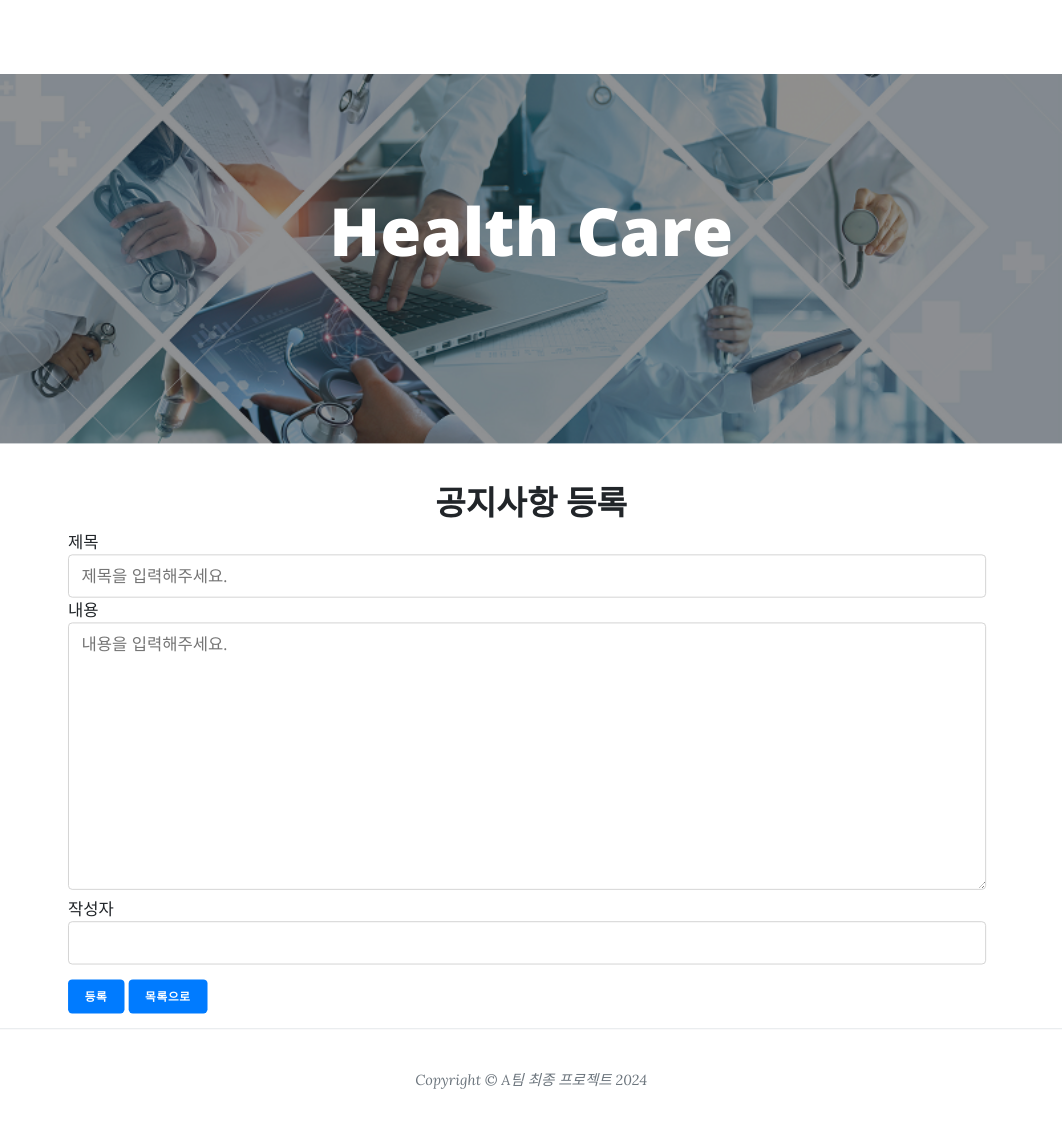
Repository: honsb91/project
Page: http://localhost/hospital/WEB-INF/views/board/notwriter.jsp
These files come from the project's save history. The page is drawn as it stood at one moment and after the next save; the edit follows.
The browser window is 1280 px wide. The pictures show the whole page, at 83% of full size.
Some web libraries are served in a nearby version. The page is served by Tomcat 9. Nobody is signed in. Other server files are loaded and not shown. The template is opened directly, without the code that normally fills it, so the values that code supplies are empty.

Above is the page before, as saved 2024-02-07 03:24:29.

### hospital/src/main/webapp/WEB-INF/views/board/notwriter.jsp
<%@ page language="java" contentType="text/html; charset=UTF-8"
    pageEncoding="UTF-8"%>
<!DOCTYPE html>
<html>
<head>
<meta charset="UTF-8">
<title>Insert title here</title>
</head>
<link rel="stylesheet" href="/resources/css/board/notwriter.css">
<script src="https://ajax.googleapis.com/ajax/libs/jquery/3.3.1/jquery.min.js"></script>
<body>
<jsp:include page="/WEB-INF/views/include/header.jsp"/>
<h1>공지사항 등록</h1>
<form id="notice_form" action="/board/notwriter" method="post">
<div class="container">
    <div class="form-container">
        <div class="menu">제목</div>
           <input type="text" name="notice_title" class="notice-subject" placeholder=" 제목을 입력해주세요.">
    </div>
    <div class="form-container">
        <div class="menu">내용</div>
           <textarea name="notice_content" cols="30" rows="10" placeholder=" 내용을 입력해주세요." class="content"></textarea>
    </div>
    <div class="form-container">
        <div class="menu">작성자</div>
        <input type="text" name="notice_writer" id="writer" class="notice-subject">
    </div>
    <div class="button-container">
    <button type="submit" class="btn">등록</button>
    <button type="button" class="btn" id="notice_list">목록으로</button>
    </div>
    </div>
</form>
<jsp:include page="/WEB-INF/views/include/footer.jsp"/>
</body>
<script>
$(document).ready(function(){
    $("#notice_list").click(function(){
        // 목록 페이지로 이동
        window.location.href = "/board/notice";
    });
});
</script>
</html>

### hospital/src/main/webapp/WEB-INF/views/include/header.jsp
<%@ page language="java" contentType="text/html; charset=UTF-8"
	pageEncoding="UTF-8"%>
<%@ taglib prefix="c" uri="http://java.sun.com/jsp/jstl/core"%>
<meta charset="UTF-8">`
<title>Insert title here</title>
<head>
<meta charset="utf-8" />
<meta name="viewport" content="width=device-width, initial-scale=1, shrink-to-fit=no" />
<meta name="description" content="" />
<meta name="author" content="" />
<link rel="icon" type="image/x-icon" href="/resources/assets/favicon.ico" />
<script src="https://use.fontawesome.com/releases/v6.3.0/js/all.js" crossorigin="anonymous"></script>
<link href="https://fonts.googleapis.com/css?family=Lora:400,700,400italic,700italic" rel="stylesheet" type="text/css" />
<link href="https://fonts.googleapis.com/css?family=Open+Sans:300italic,400italic,600italic,700italic,800italic,400,300,600,700,800"
	rel="stylesheet" type="text/css" />
<link href="/resources/css/styles.css" rel="stylesheet" />
</head>
<body>
	<!-- Navigation-->
	<nav class="navbar navbar-expand-lg navbar-light" id="mainNav">
		<div class="container px-4 px-lg-5">
			<a class="navbar-brand" href="/main">Health Care</a>
			<button class="navbar-toggler" type="button"
				data-bs-toggle="collapse" data-bs-target="#navbarResponsive"
				aria-controls="navbarResponsive" aria-expanded="false"
				aria-label="Toggle navigation">
				Menu <i class="fas fa-bars"></i>
			</button>
			<div class="collapse navbar-collapse" id="navbarResponsive">
				<ul class="navbar-nav ms-auto py-4 py-lg-0 ">
    				<li class="nav-item"><a class="nav-link px-lg-3 py-3 py-lg-4" href="/main">Home</a></li>
    				<!-- 관리자로 로그인시 faq 와 공지사항은 안보이게 처리-->
    				<c:if test="${empty admin}">
    					<li class="nav-item"><a class="nav-link px-lg-3 py-3 py-lg-4" href="<c:url value='/board/faq'/>">FAQ</a></li>
    					<li class="nav-item"><a class="nav-link px-lg-3 py-3 py-lg-4" href="<c:url value='/board/notice'/>">공지사항</a></li>
    					<li class="nav-item"><a class="nav-link px-lg-3 py-3 py-lg-4" href="<c:url value='/board/qsboard'/>">질문게시판</a></li>
    				</c:if>

    				<c:if test="${empty patient and empty admin}">
        			<!-- 로그인 안 된 경우 -->
        				<li class="nav-item"><a class="nav-link px-lg-3 py-3 py-lg-4" href="<c:url value='/member/login'/>">로그인</a></li>
        				<li class="nav-item"><a class="nav-link px-lg-3 py-3 py-lg-4" href="<c:url value='/admin/login'/>">관리자 로그인</a></li>
        				<li class="nav-item"><a class="nav-link px-lg-3 py-3 py-lg-4" href="<c:url value='/member/join'/>">회원가입</a></li>
    				</c:if>

    				<c:if test="${not empty patient}">
        			<!-- 일반 회원으로 로그인된 경우 -->
        				<li class="nav-item"><a class="nav-link px-lg-3 py-3 py-lg-4" href="<c:url value='/member/logout'/>">로그아웃</a></li>
    				</c:if>

    				<c:if test="${not empty admin}">
        			<!-- 관리자로 로그인된 경우 -->
        				<li class="nav-item"><a class="nav-link px-lg-3 py-3 py-lg-4" href="<c:url value='/board/patient'/>">환자정보 관리</a></li>
        				<li class="nav-item"><a class="nav-link px-lg-3 py-3 py-lg-4" href="<c:url value='/board/faq'/>">FAQ 관리</a></li>
        				<li class="nav-item"><a class="nav-link px-lg-3 py-3 py-lg-4" href="<c:url value='/board/notice'/>">공지사항 관리</a></li>
        				<li class="nav-item"><a class="nav-link px-lg-3 py-3 py-lg-4" href="<c:url value='/admin/logout'/>">로그아웃</a></li>
    				</c:if>
				</ul>
			</div>
		</div>
	</nav>
	<!-- Page Header-->
	<header class="masthead" style="background-image: url('/resources/assets/img/test4.png')">
		<div class="container position-relative px-4 px-lg-5">
			<div class="row gx-4 gx-lg-5 justify-content-center">
				<div class="col-md-10 col-lg-8 col-xl-7">
					<div class="site-heading">
						<h1>Health Care</h1>
					</div>
				</div>
			</div>
		</div>
	</header>

### hospital/src/main/webapp/WEB-INF/views/include/footer.jsp
<%@ page language="java" contentType="text/html; charset=UTF-8"
    pageEncoding="UTF-8"%>
<!DOCTYPE html>
<html>
<head>
<meta charset="UTF-8">
<title>Insert title here</title>
</head>
<body>
<footer class="border-top">
		<div class="container px-4 px-lg-5">
			<div class="row gx-4 gx-lg-5 justify-content-center">
				<div class="col-md-10 col-lg-8 col-xl-7">
					<div class="small text-center text-muted fst-italic">Copyright
						&copy; A팀 최종 프로젝트 2024</div>
				</div>
			</div>
		</div>
	</footer>
	<!-- Bootstrap core JS-->
	<script
		src="https://cdn.jsdelivr.net/npm/bootstrap@5.2.3/dist/js/bootstrap.bundle.min.js"></script>
	<!-- Core theme JS-->
	<script src="js/scripts.js"></script>
</body>
</html>

### hospital/src/main/webapp/resources/css/board/notwriter.css

h1 {
    text-align: center;
}

/* form {
    max-width: 4000px;
    margin: 0 auto;
} */

input[type="text"],
textarea {
    width: calc(100% - 10px);
    padding: 10px;
    border-radius: 5px;
    border: 1px solid #ccc;
}

button.btn {
    padding: 10px 20px;
    background-color: #007bff;
    color: #fff;
    border: none;
    border-radius: 5px;
    cursor: pointer;
    margin-top: 18px;
    margin-bottom: 18px;

}

### hospital/src/main/webapp/resources/js/scripts.js
/*!
* Start Bootstrap - Clean Blog v6.0.9 (https://startbootstrap.com/theme/clean-blog)
* Copyright 2013-2023 Start Bootstrap
* Licensed under MIT (https://github.com/StartBootstrap/startbootstrap-clean-blog/blob/master/LICENSE)
*/
window.addEventListener('DOMContentLoaded', () => {
    let scrollPos = 0;
    const mainNav = document.getElementById('mainNav');
    const headerHeight = mainNav.clientHeight;
    window.addEventListener('scroll', function() {
        const currentTop = document.body.getBoundingClientRect().top * -1;
        if ( currentTop < scrollPos) {
            // Scrolling Up
            if (currentTop > 0 && mainNav.classList.contains('is-fixed')) {
                mainNav.classList.add('is-visible');
            } else {
                console.log(123);
                mainNav.classList.remove('is-visible', 'is-fixed');
            }
        } else {
            // Scrolling Down
            mainNav.classList.remove(['is-visible']);
            if (currentTop > headerHeight && !mainNav.classList.contains('is-fixed')) {
                mainNav.classList.add('is-fixed');
            }
        }
        scrollPos = currentTop;
    });
})

Loaded but not shown: hospital/src/main/webapp/resources/css/styles.css (library)

After the next save:
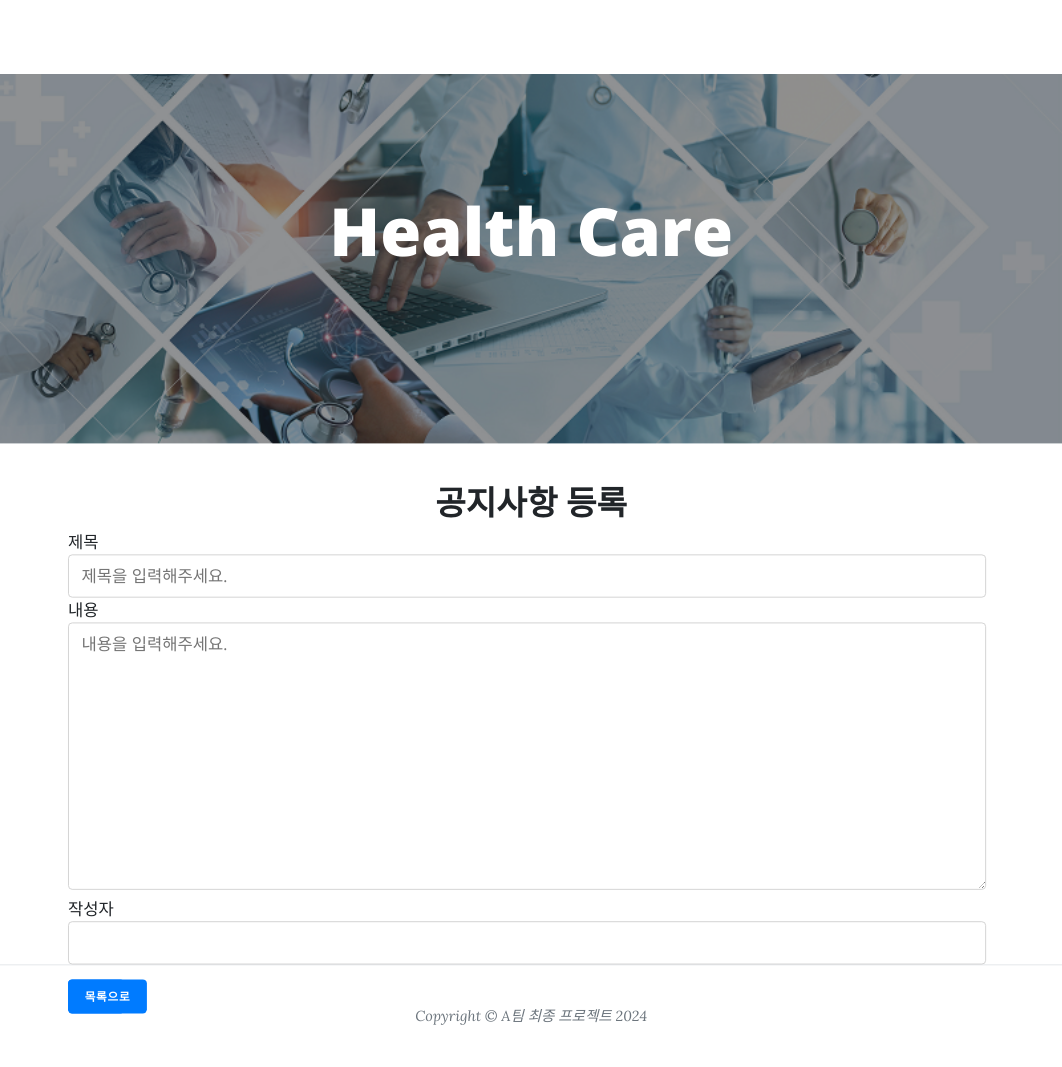
Saved 101 s later.
--- a/hospital/src/main/webapp/resources/css/board/notwriter.css
+++ b/hospital/src/main/webapp/resources/css/board/notwriter.css
@@ -25,5 +25,5 @@
     cursor: pointer;
     margin-top: 18px;
     margin-bottom: 18px;
-
+    position: absolute;
 }

After the save that followed:
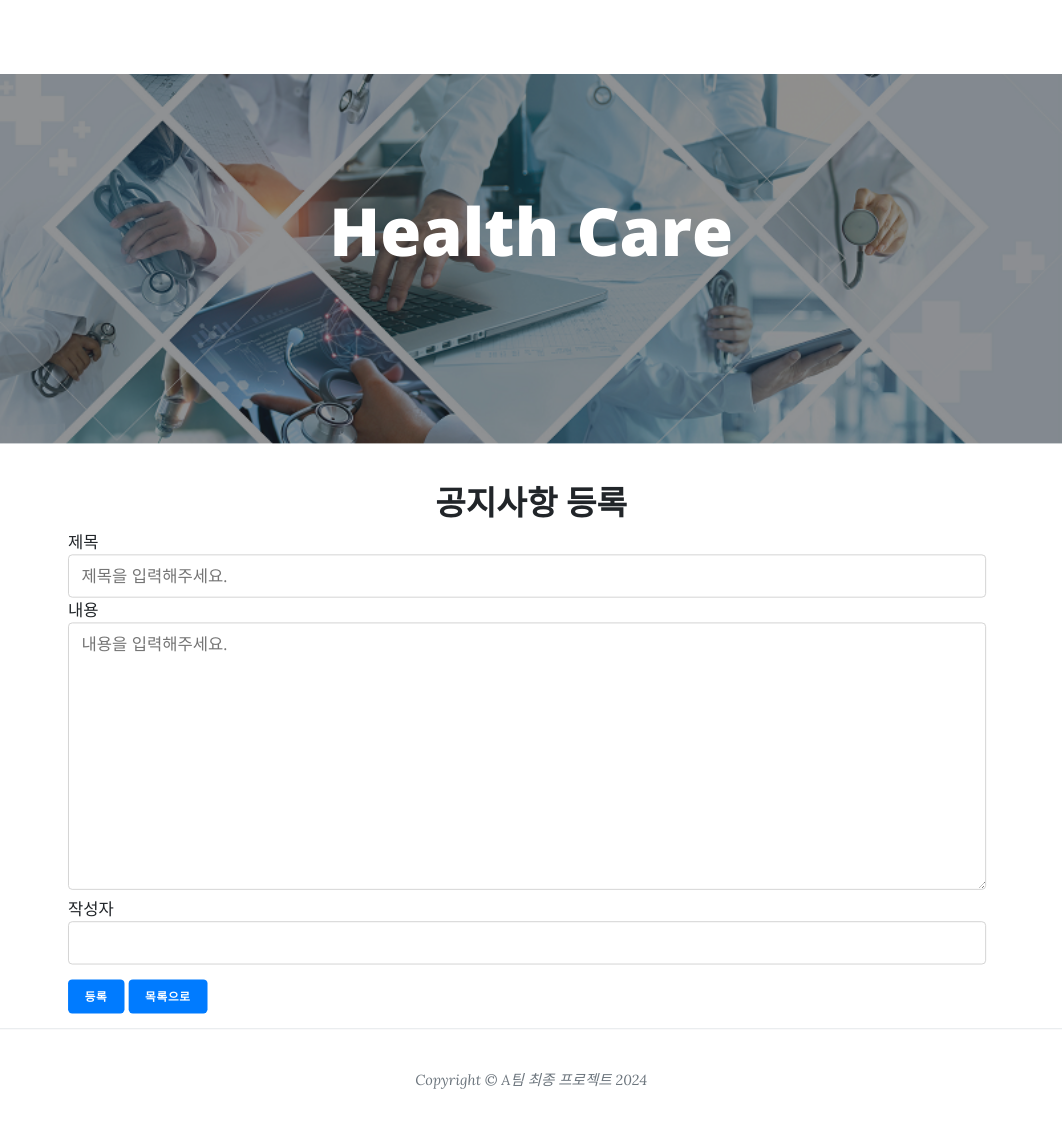
Saved 16 s later.
--- a/hospital/src/main/webapp/resources/css/board/notwriter.css
+++ b/hospital/src/main/webapp/resources/css/board/notwriter.css
@@ -25,5 +25,4 @@
     cursor: pointer;
     margin-top: 18px;
     margin-bottom: 18px;
-    position: absolute;
 }
